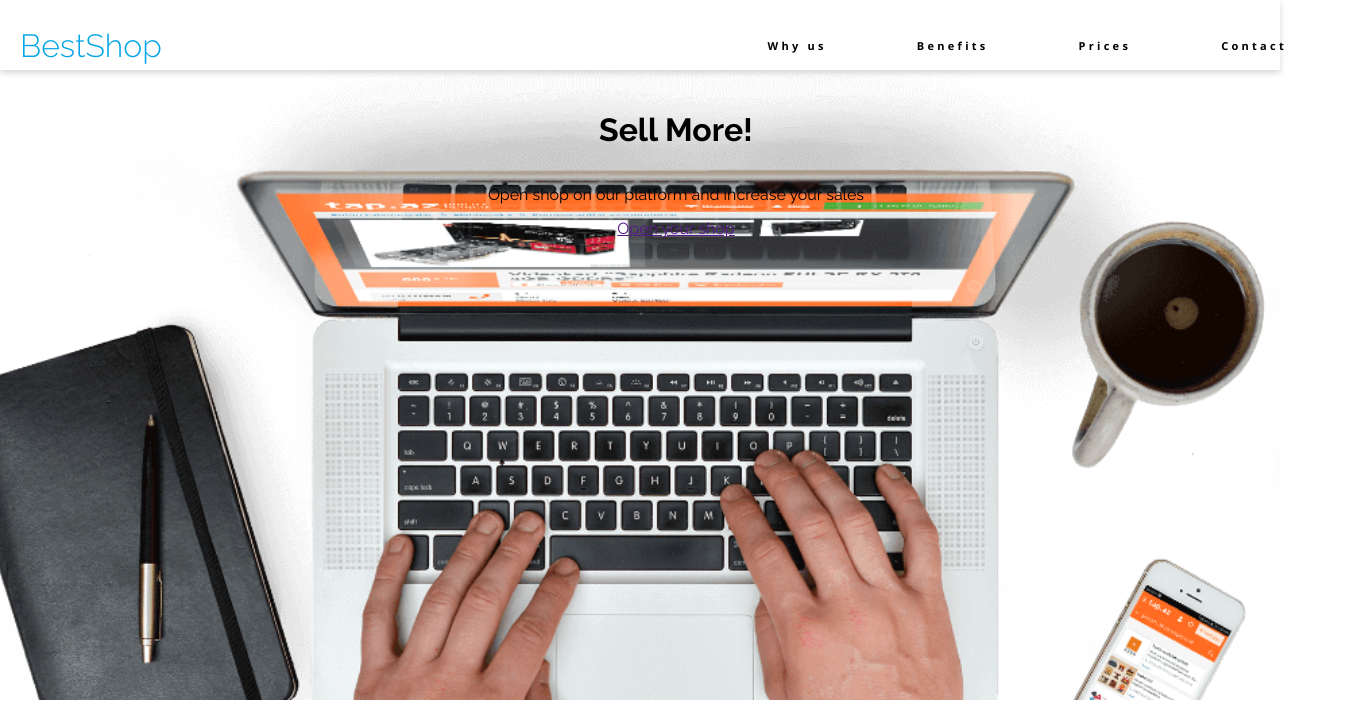
Repository: Widzisz/bestshop-website
Page: index.html
These files come from the project's save history. The page is drawn as it stood at one moment and after the next save; the edit follows.
The browser window is 1280 px wide. The page is 1352 px wide, so the pictures cover 1352 px, including what lies to the right of the window. The pictures show the whole page.

Above is the page before, as saved 2021-03-19 13:45:49.

### index.html
<!doctype html>
<html lang="en">

<head>
  <meta charset="UTF-8">
  <meta http-equiv="X-UA-Compatible" content="ie=edge">

  <link rel="preconnect" href="https://fonts.gstatic.com">
  <link
    href="https://fonts.googleapis.com/css2?family=Open+Sans:ital,wght@0,300;0,400;0,600;0,700;0,800;1,300;1,400;1,600;1,700;1,800&family=Raleway:ital,wght@0,100;0,200;0,300;0,400;0,500;0,600;0,700;0,800;0,900;1,100;1,200;1,300;1,400;1,500;1,600;1,700;1,800;1,900&display=swap"
    rel="stylesheet">
  <title>Craze Features</title>
  <link rel="stylesheet" href="css/normalize.css">
  <link rel="stylesheet" href="css/style.css">
</head>
<div class="hero">

  <header class="header">

    <div class="container">
      <div class="container__nav">
        <a href="" class="logo">
          <span>BestShop</span>
        </a>

        <nav class="menu">
          <ul class="menu__list">
            <li><a href="">Why us</a></li>
            <li><a href="">Benefits</a></li>
            <li><a href="">Prices</a></li>
            <li><a href="">Contact</a></li>
          </ul>
        </nav>
      </div>

      <section class="welcome__section">
        <h1 class="welcome__section-title">
          Sell More!
        </h1>
        <p class="welcome__section-text">
          Open shop on our platform and increase your sales
        </p>
        <div class="welcome__section-btn">
          <a href="" class="welcome__section-btn--primary">
            Open your shop
          </a>
        </div></section>

    </div>
  </header>

</div>




</div>


<body>

</body>

</html>

### css/style.css
:root {
  --c-primary: #08a6e4;
  --c-primary-shadow: rgba(7, 172, 230, 0.16);
  --c-redish: #fb3b64;
  --c-green: #55dfb4;
  --c-black: #000000;
  --c-grey: #a5a5a5;
  --c-light-grey: #f7f7f7;
  --c-white: #ffffff;
}

html {
  font-family: "Open Sans", sans-serif;
  font-family: "Raleway", sans-serif;
}

* {
  box-sizing: border-box;
}
body {
  margin: 0;
}

.container {
  width: 1352px;
  margin: 0 auto;
}
/* -----------------------------------------------------
              Logo + Pasek Menu
----------------------------------------------------- */

.hero {
  width: 100%;
  min-height: 700px;
  background-image: url(../images/background.png);
  background-size: cover;
  background-repeat: no-repeat;
  background-position: center top;
}

.header {
  background: #ffffff;
  height: 70px;
  width: 100%;
  box-shadow: 0px 3px 6px #00000029;
  opacity: 1;
  background-repeat: no-repeat;
}

.container__nav {
  padding: 20px;
  display: flex;
  justify-content: space-between;
  align-items: center;
}

.logo {
  text-decoration: none;
}

.logo span {
  top: 16px;
  left: 136px;
  width: 142px;
  height: 37px;

  font: normal normal 300 32px/37px Raleway;
  letter-spacing: 0px;
  color: #08a6e4;
  opacity: 1;
}
.menu {
}
.menu__list {
  list-style-type: none;
  display: flex;
  text-decoration: none;
}


.menu__list a {
  text-decoration: none;
  margin: 0 45px;
  text-align: center;
  font: normal normal bold 11px/15px Open Sans;
  letter-spacing: 3.28px;
  color: var(--c-black);
  opacity: 1;
}

.menu__list a:hover {
text-decoration: underline;
text-decoration-color:  #08A6E4 ;
text-decoration-style: solid;
text-decoration-thickness: 4px;
opacity: 1;
padding-bottom: 15px;

}

/* -----------------------------------------------------
              Welcome Section
----------------------------------------------------- */

.welcome__section{
    display: flex;
    justify-content: center;
    align-items: center;
    flex-direction: column;

}
.welcome__section-title{}
.welcome__section-text{}

.welcome__section-btn{}
.welcome__section-btn--primary{}

Loaded but not shown: css/normalize.css (library)

After the next save:
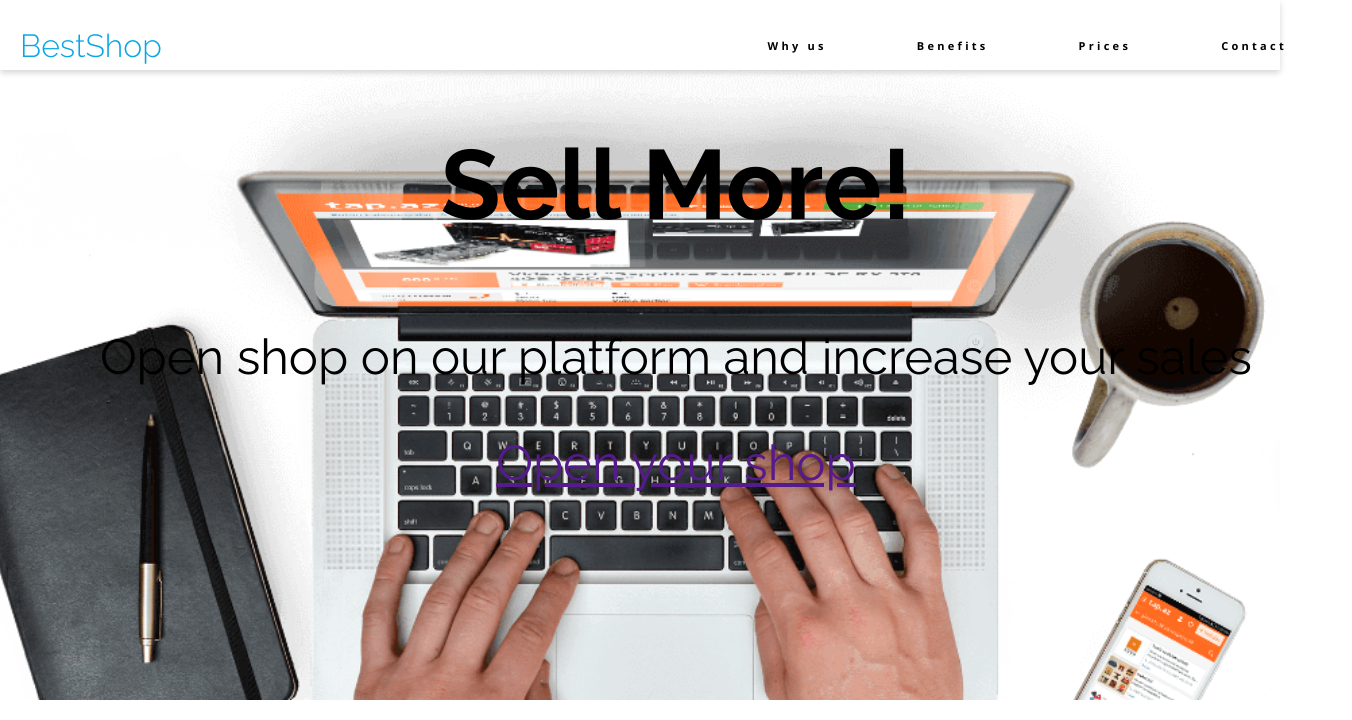
Saved 2 min 12 s later.
--- a/css/style.css
+++ b/css/style.css
@@ -66,7 +66,7 @@ body {
 
   font: normal normal 300 32px/37px Raleway;
   letter-spacing: 0px;
-  color: #08a6e4;
+  color: var(--c-primary);
   opacity: 1;
 }
 .menu {
@@ -90,7 +90,7 @@ body {
 
 .menu__list a:hover {
 text-decoration: underline;
-text-decoration-color:  #08A6E4 ;
+text-decoration-color:  var(--c-primary) ;
 text-decoration-style: solid;
 text-decoration-thickness: 4px;
 opacity: 1;
@@ -107,7 +107,10 @@ padding-bottom: 15px;
     justify-content: center;
     align-items: center;
     flex-direction: column;
-
+    text-align: center;
+font: normal normal normal 49px/57px Raleway;
+color: var(--c-black)
+opacity: 1;
 }
 .welcome__section-title{}
 .welcome__section-text{}
